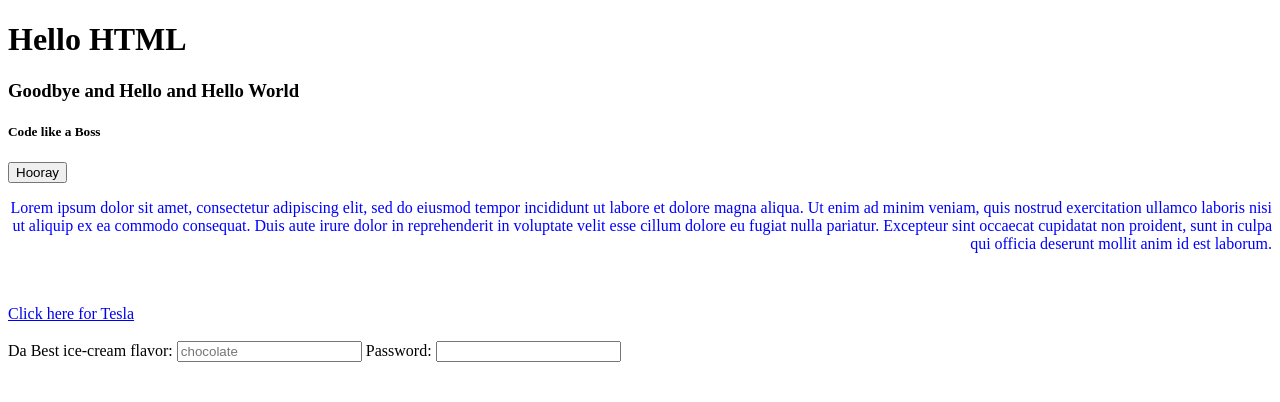
Repository: amilevich/1028PegaUSF
Page: workspace-sts-3.9.4.RELEASE/HelloHTML/src/main/webapp/index.html
An editor plug-in stored every save of this project. The page is shown before and after the next save, followed by the edit.
The browser window is 1280 px wide. The pictures show the whole page.

Above is the page before, as saved 2019-11-21 20:11:49.

After the next save:
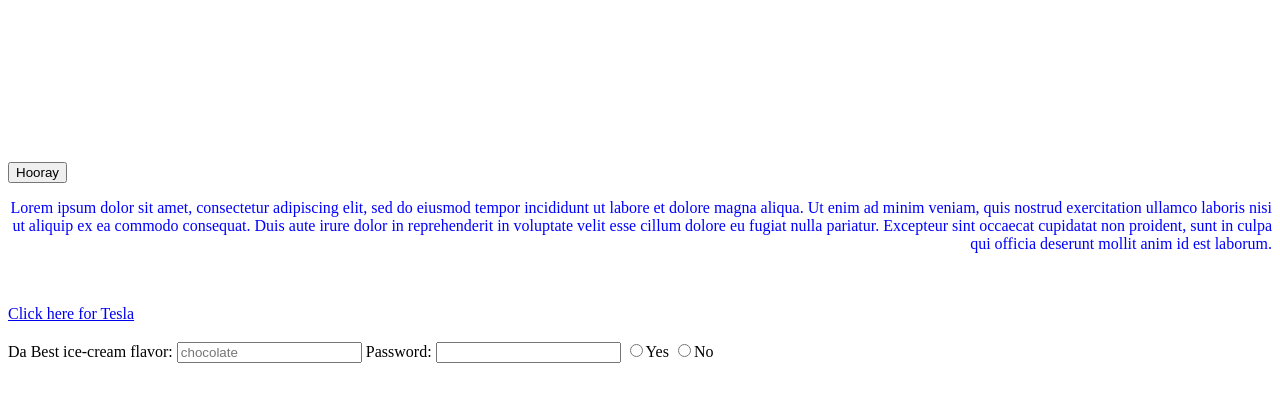
Saved 5 min 19 s later.
--- a/workspace-sts-3.9.4.RELEASE/HelloHTML/src/main/webapp/index.html
+++ b/workspace-sts-3.9.4.RELEASE/HelloHTML/src/main/webapp/index.html
@@ -5,12 +5,14 @@
 <title>Super Amazing Web Page</title>
 </head>
 <body>
-
+<div style="color: white">
 	<h1>Hello HTML</h1>
 	<h3>Goodbye and Hello and Hello World</h3>
 	<h5>Code like a Boss</h5>
+</div>
+	<button>Hooray</button>
 
-	<button>Hooray</button>
+	<!-- span element is for inline elements and is usually used for small chunks of HTML vs div element is block-line and is used to group larger chunks of code -->
 
 	<!-- This is a comment -->
 
@@ -37,6 +39,10 @@
 	<input type="text" placeholder="chocolate"/>
 	Password:
 	<input type="password"/>
+	<input type="radio"/>Yes
+	<input type="radio"/>No
+
 	</form>
+
 </body>
 </html>
